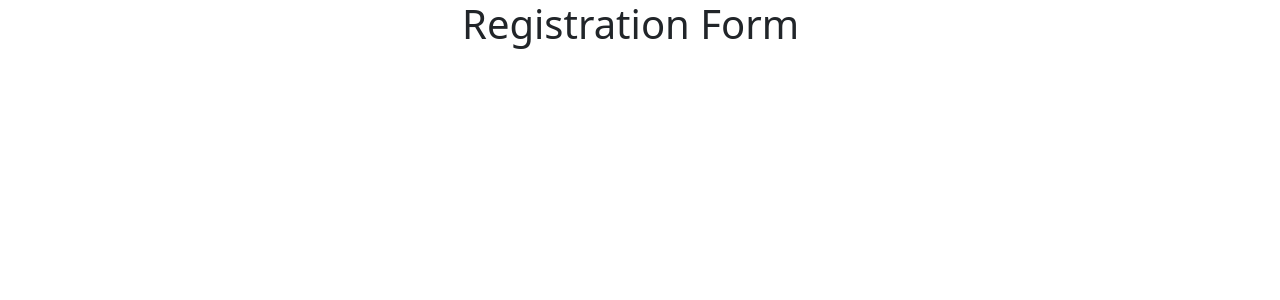
Repository: Laxman877/MyWorkspace
Page: Corejava/Learning_Web/src/main/webapp/boostrapDemo2.html
The author's editor kept a copy of each file at every save. The page is drawn from the files as they stood at one save, then again after the next save.
The browser window is 1280 px wide. The pictures show the whole page.

Above is the page before, as saved 2022-04-27 06:10:54.

### Corejava/Learning_Web/src/main/webapp/boostrapDemo2.html
<!DOCTYPE html>
<html lang="en">
<head>
 <!-- Required meta tags -->
 <meta charset="ISO-8859-1">
    <meta name="viewport" content="width=device-width, initial-scale=1">

    <!-- Bootstrap CSS -->
<link href="https://cdn.jsdelivr.net/npm/bootstrap@5.0.2/dist/css/bootstrap.min.css" rel="stylesheet" integrity="sha384-EVSTQN3/azprG1Anm3QDgpJLIm9Nao0Yz1ztcQTwFspd3yD65VohhpuuCOmLASjC" crossorigin="anonymous">
    <script src="https://cdn.jsdelivr.net/npm/bootstrap@5.0.2/dist/js/bootstrap.bundle.min.js" integrity="sha384-MrcW6ZMFYlzcLA8Nl+NtUVF0sA7MsXsP1UyJoMp4YLEuNSfAP+JcXn/tWtIaxVXM" crossorigin="anonymous"></script>
<title>Hello, World</title>
</head>
<body>
<div class="container">
<div class="row">
<div class="col-md-4"></div>
<div class="col-md-4">

<h1>Registration Form</h1>

</div>
</div>
</div>

</body>
</html>

After the next save:
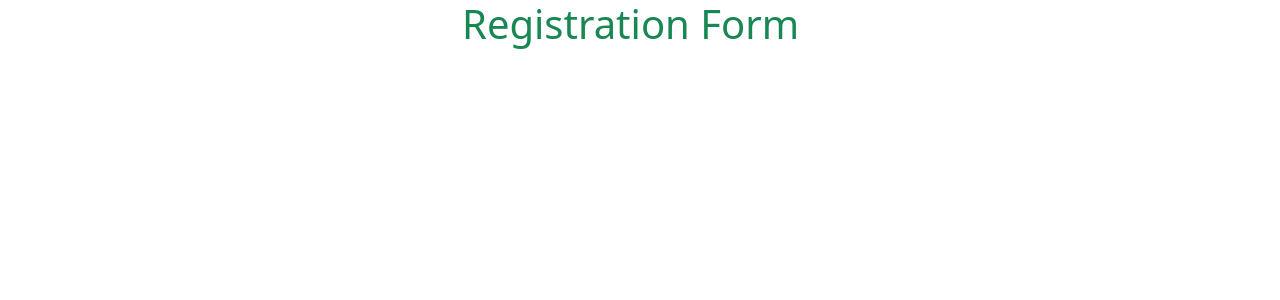
Saved 39 s later.
--- a/Corejava/Learning_Web/src/main/webapp/boostrapDemo2.html
+++ b/Corejava/Learning_Web/src/main/webapp/boostrapDemo2.html
@@ -16,7 +16,7 @@
 <div class="col-md-4"></div>
 <div class="col-md-4">
 
-<h1>Registration Form</h1>
+<h1 class="text-success">Registration Form</h1>
 
 </div>
 </div>
